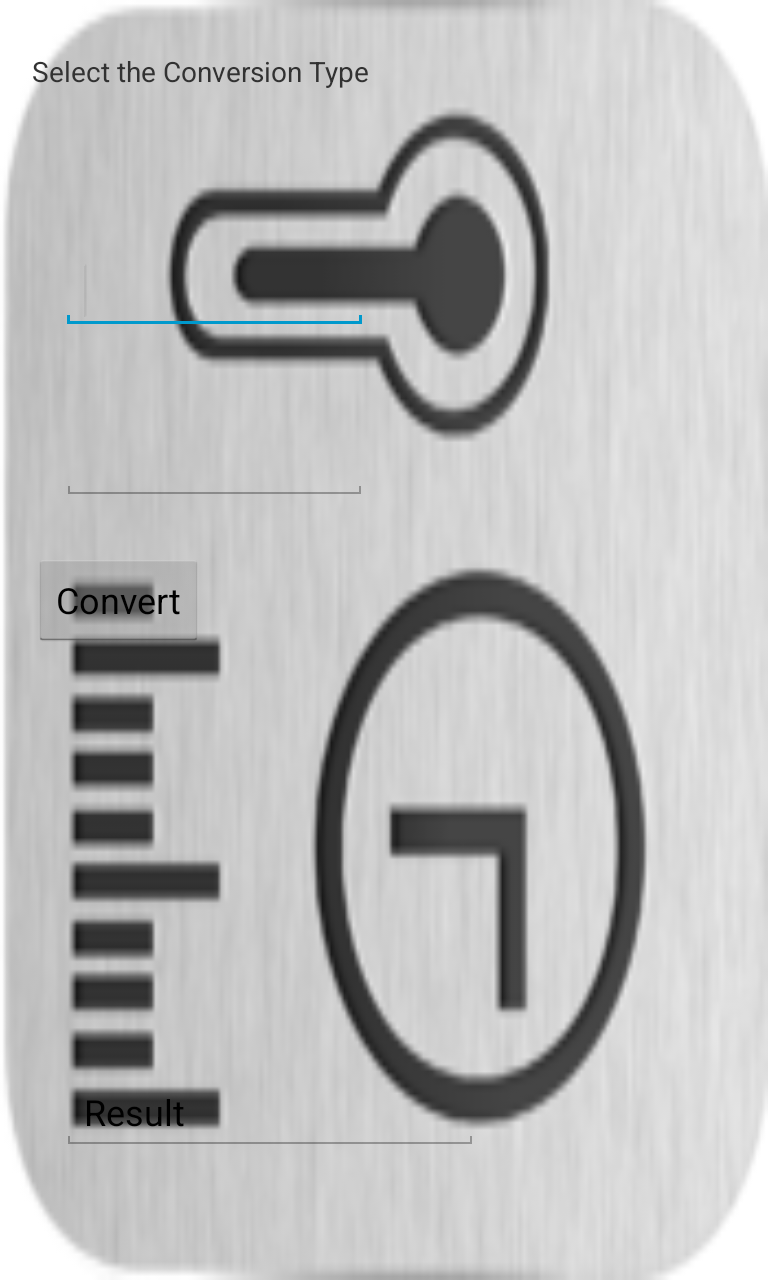
Repository: Shruthi06/designed-droid
Layout: conversion_assignment/res/layout/activity_main.xml
An editor plug-in stored every save of this project. The layout is shown before and after the next save, followed by the edit.
It is drawn on a 768 x 1280 px phone screen (xhdpi) without system bars, with theme AppTheme; the app's code is not run. Lists and similar views that code fills are empty.

Above is the layout before, as saved 2016-02-04 13:53:40.

After the next save:
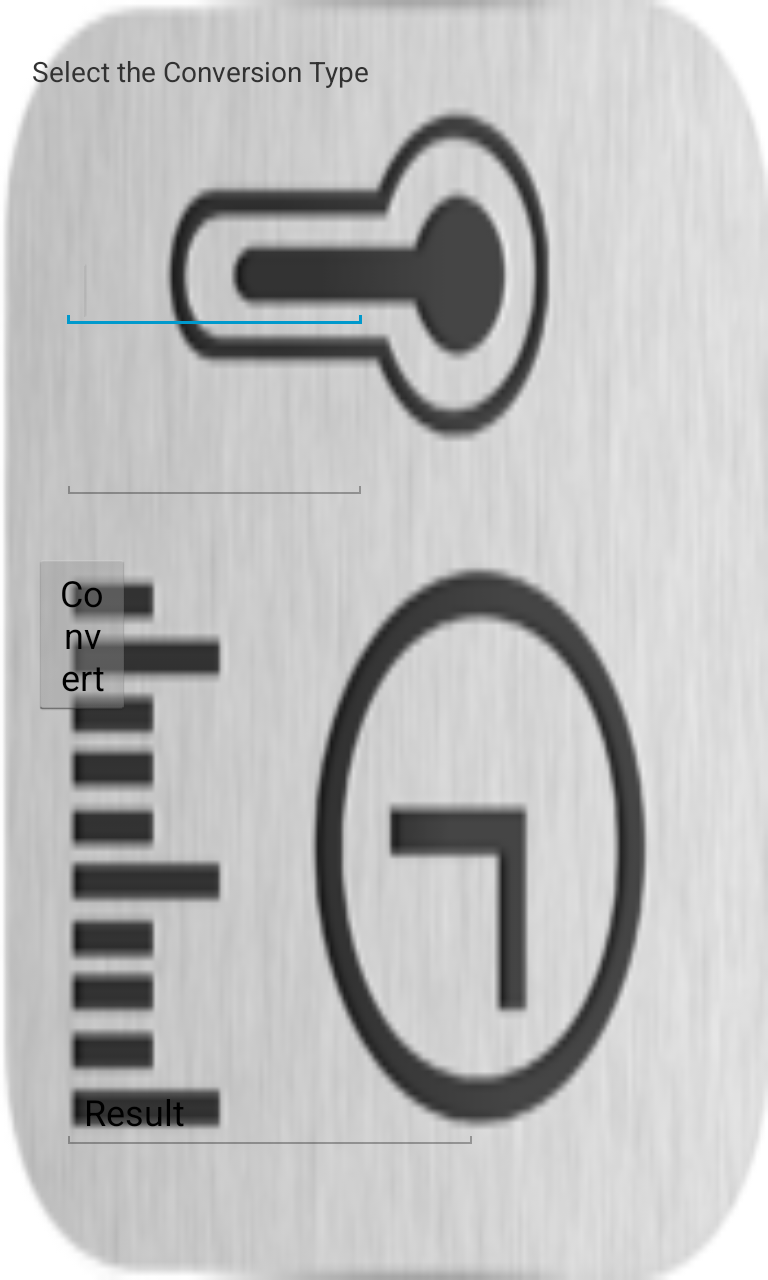
Saved 55 s later.
--- a/conversion_assignment/res/layout/activity_main.xml
+++ b/conversion_assignment/res/layout/activity_main.xml
@@ -35,10 +35,10 @@
 
     <Button
         android:id="@+id/buttonconvert"
-        android:layout_width="wrap_content"
+        android:layout_width="50dp"
         android:layout_height="wrap_content"
         android:layout_below="@+id/editTextvalue2"
-        android:layout_marginRight="60dp"
+        android:layout_marginRight="20dp"
         android:layout_marginTop="25dp"
         android:text="Convert" />
 

After the save that followed:
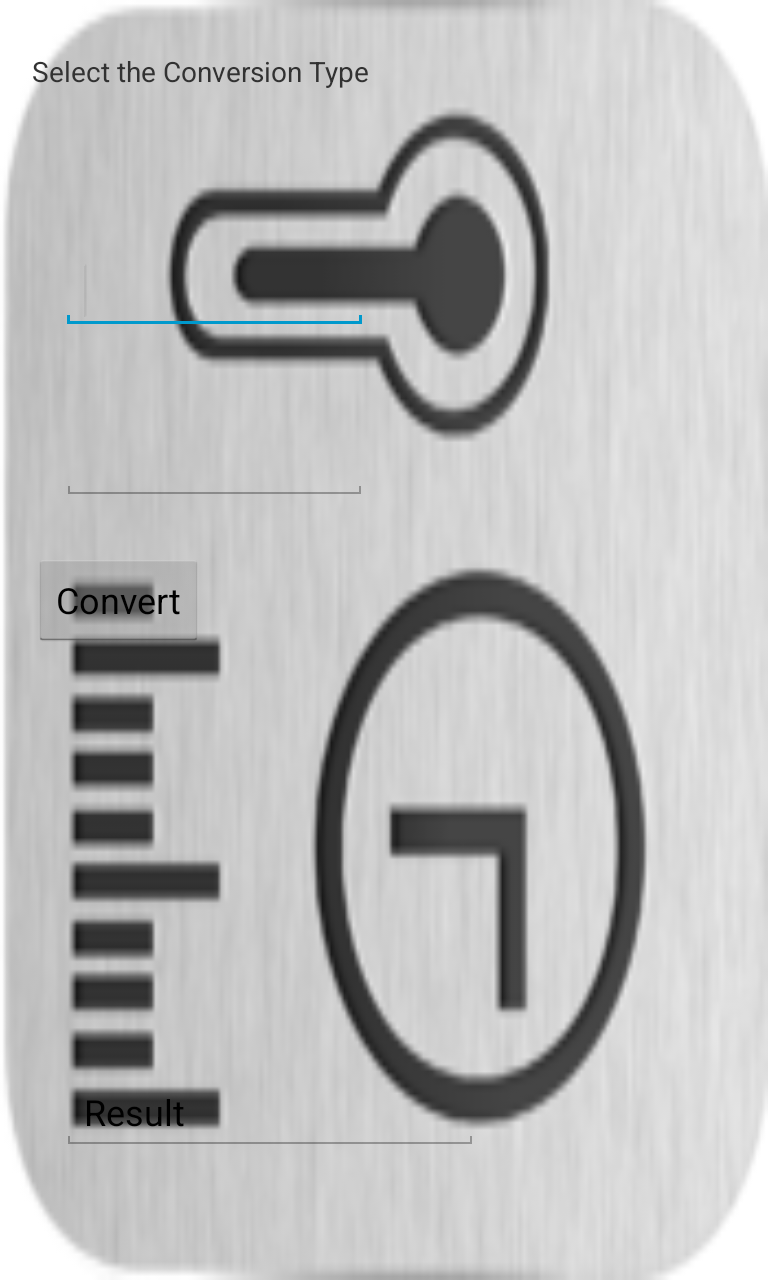
Saved 34 s later.
--- a/conversion_assignment/res/layout/activity_main.xml
+++ b/conversion_assignment/res/layout/activity_main.xml
@@ -35,10 +35,10 @@
 
     <Button
         android:id="@+id/buttonconvert"
-        android:layout_width="50dp"
+        android:layout_width="wrap_content"
         android:layout_height="wrap_content"
         android:layout_below="@+id/editTextvalue2"
-        android:layout_marginRight="20dp"
+        android:layout_marginRight="80dp"
         android:layout_marginTop="25dp"
         android:text="Convert" />
 
